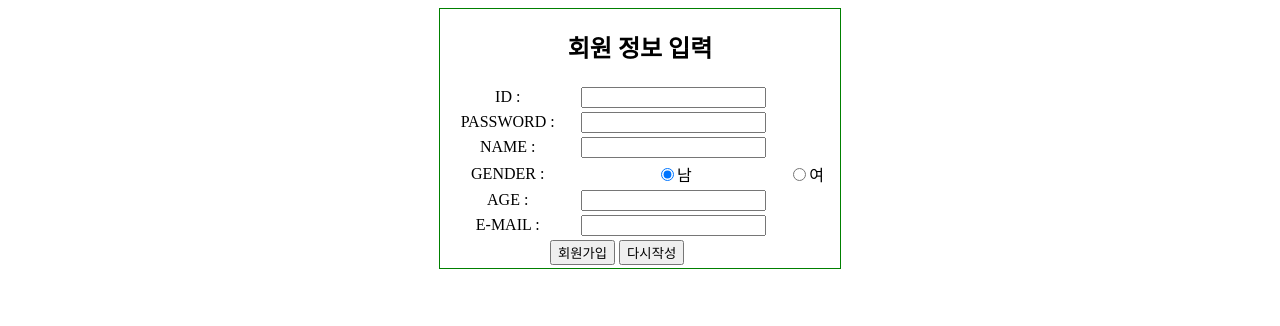
Repository: MaSHwan/JSP_Study
Page: http://localhost/ServletProject/template/join.jsp
The author's editor kept a copy of each file at every save. The page is drawn from the files as they stood at one save, then again after the next save.
The browser window is 1280 px wide. The pictures show the whole page.
The page is served by Tomcat 9.

Above is the page before, as saved 2022-08-08 04:58:29.

After the next save:
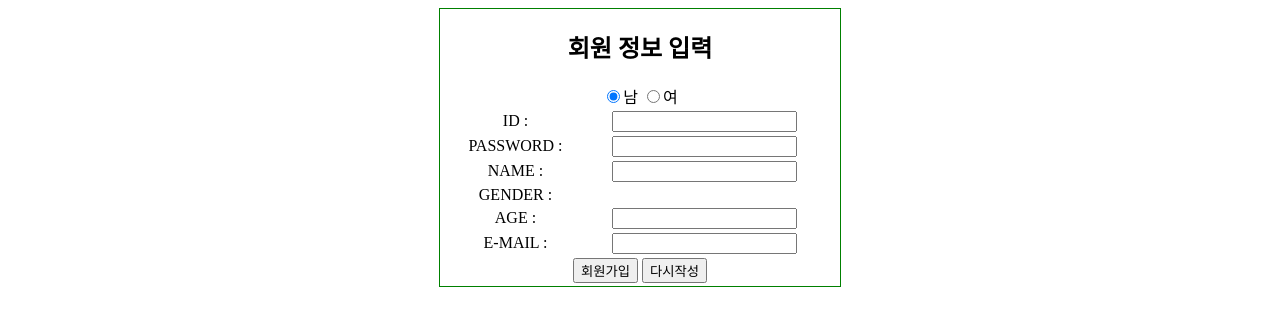
Saved 3 min 24 s later.
--- a/ServletProject/src/main/webapp/template/join.jsp
+++ b/ServletProject/src/main/webapp/template/join.jsp
@@ -49,8 +49,8 @@
 
 			<tr>
 				<td><label for="gender">GENDER : </label></td>
-				<td><input type="radio" name="gender" id="gender" value="1" checked="checked">남</td>
-				<td><input type="radio" name="gender" id="gender" value="2">여</td>
+				<input type="radio" name="gender" id="gender" value="1" checked="checked">남
+				<input type="radio" name="gender" id="gender" value="2">여
 			</tr>
 
 			<tr>
